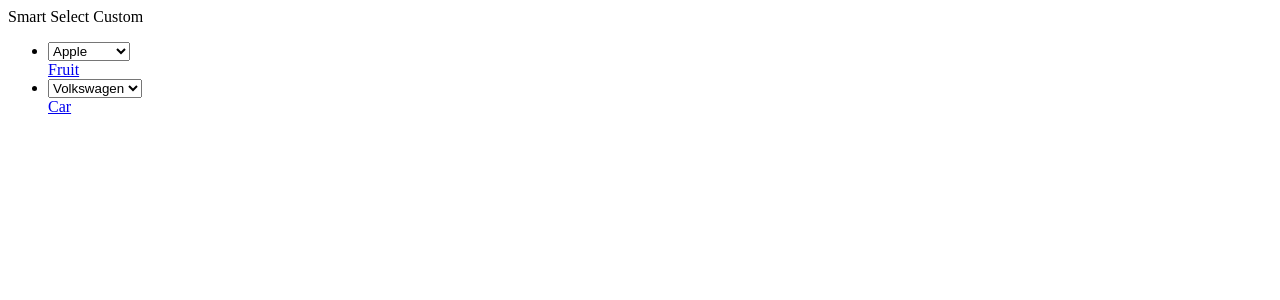
Repository: a9eelsh/iChangerApp
Page: http://localhost/2/test.php
The author's editor kept a record of every edit. The page is drawn from the files as they stood at one moment, then again after the next edit.
The browser window is 1280 px wide. The pictures show the whole page.
The page is run by PHP 8.4 with error messages shown; the project is at /var/www/html/.

Above is the page before.

### 2/test.php
<div class="views">
<div class="view view-main">
<div class="navbar">
<div class="navbar-inner">
<div class="left"></div>
<div class="center sliding">Smart Select Custom</div>
<div class="right"></div>
</div>
</div>
<div class="pages navbar-through">
<div data-page="home" class="page">
<div class="page-content">
<div class="list-block">
<ul>
<li><a href="#" data-page-title="Awesome Fruits" data-back-text="Go back" class="item-link smart-select">
<select name="fruits">
<option value="apple" selected>Apple</option>
<option value="pineapple">Pineapple</option>
<option value="pear">Pear</option>
<option value="orange">Orange</option>
<option value="melon">Melon</option>
<option value="peach">Peach</option>
<option value="banana">Banana</option>
</select>
<div class="item-content">
<div class="item-inner">
<div class="item-title">Fruit</div>
</div>
</div></a></li>
<li><a href="#" data-page-title="Super Cars" data-back-text="Go back" class="item-link smart-select">
<select name="car">
<option value="mercedes">Mercedes</option>
<option value="bmw">BMW</option>
<option value="volvo">Volvo</option>
<option value="vw" selected>Volkswagen</option>
<option value="toyota">Toyota</option>
<option value="cadillac">Cadillac</option>
<option value="nissan">Nissan</option>
<option value="mazda">Mazda</option>
<option value="ford">Ford</option>
<option value="chrysler">Chrysler</option>
<option value="dodge">Dodge</option>
</select>
<div class="item-content">
<div class="item-inner">
<div class="item-title">Car</div>
</div>
</div></a></li>
</ul>
</div>
</div>
</div>
</div>
</div>
</div>

After the next edit:
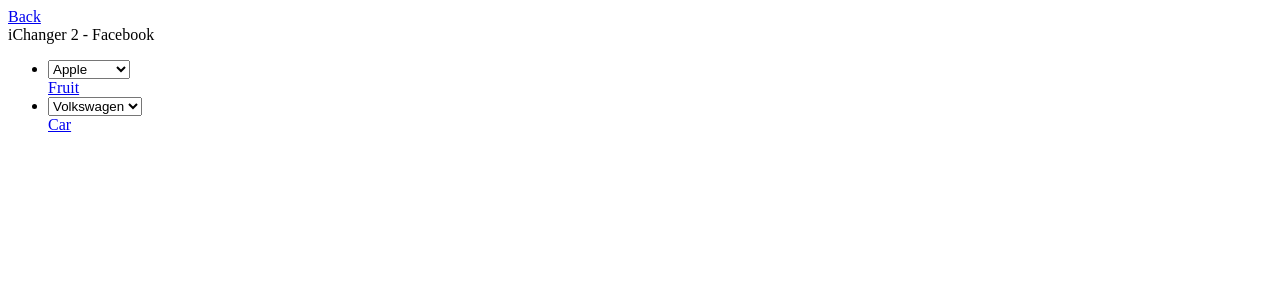
The edit:
--- a/2/test.php
+++ b/2/test.php
@@ -1,12 +1,10 @@
-<div class="views">
-<div class="view view-main">
-<div class="navbar">
-<div class="navbar-inner">
-<div class="left"></div>
-<div class="center sliding">Smart Select Custom</div>
-<div class="right"></div>
-</div>
-</div>
+        <div class="navbar">
+          <div class="navbar-inner">
+			      <div class="left sliding"><a href="mainf7.php<?php print $uend; ?>" class="back link"><i class="icon icon-back"></i><span>Back</span></a></div>
+            <div class="center sliding">iChanger 2 - Facebook</div>
+            <div class="right"><a href="#" class="open-panel link icon-only"><i class="icon icon-bars"></i></a></div>
+          </div>
+        </div>
 <div class="pages navbar-through">
 <div data-page="home" class="page">
 <div class="page-content">
